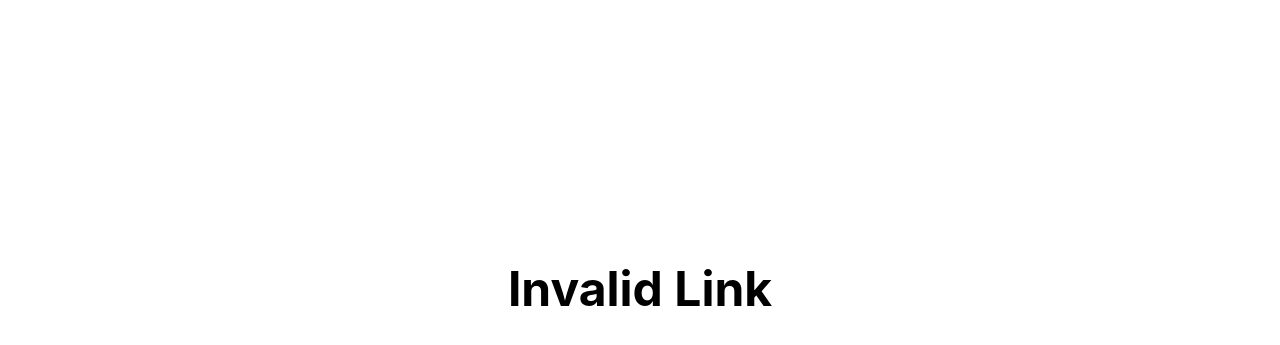
Repository: SaudCh/Web-Mid-Exams
Page: /error
The author's editor kept a copy of each file at every save. The page is drawn from the files as they stood at one save, then again after the next save.
The browser window is 1280 px wide. The pictures show the whole page.
The project was rebuilt for these pictures with package versions that can differ from the ones it lists, and the page was loaded fresh each time. Also part of the build but not shown: src/Home/home.jsx.

Above is the page before, as saved 2021-11-22 00:20:10.

After the next save:
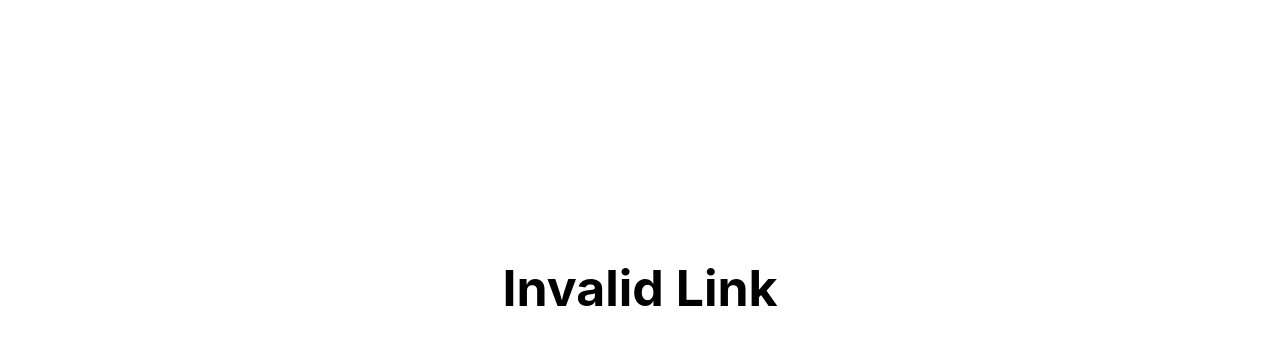
Saved 12 s later.
--- a/src/Error/error.jsx
+++ b/src/Error/error.jsx
@@ -10,7 +10,7 @@
         justifyContent: "center",
       }}
     >
-      <h1 style={{ fontSize: "3rem" }}>Invalid Link</h1>
+      <h1 style={{ fontSize: 50 }}>Invalid Link</h1>
     </div>
   );
 }
